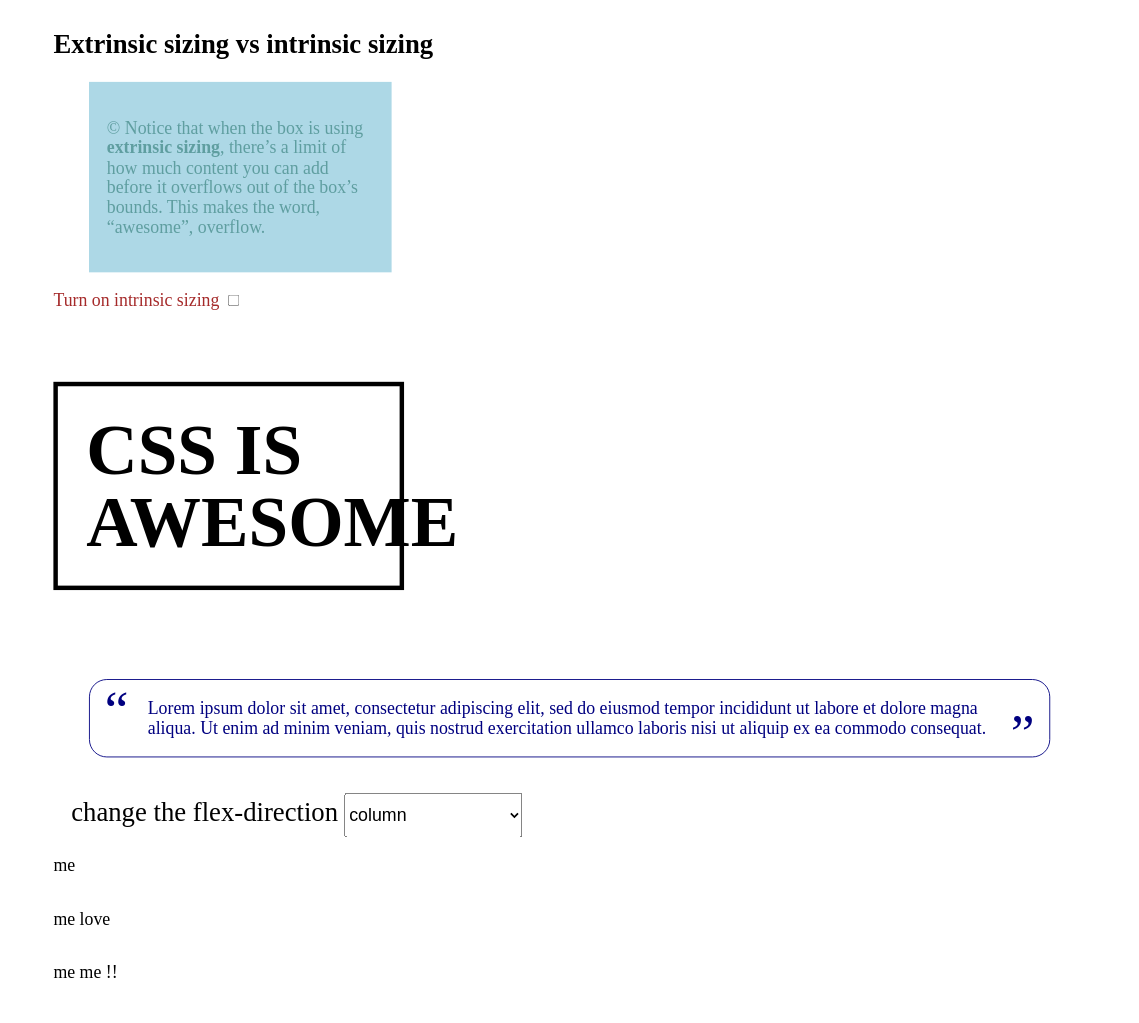
Repository: sristigupta04/basic-js-project
Page: box model/box.html
The author's editor kept a copy of each file at every save. The page is drawn from the files as they stood at one save, then again after the next save.
The browser window is 1280 px wide. The pictures show the whole page, at 89% of full size.

Above is the page before, as saved 2025-11-03 01:27:36.

### box model/box.html
<!DOCTYPE html>
<html lang="en">
<head>
    <meta charset="UTF-8">
    <meta name="viewport" content="width=device-width, initial-scale=1.0">
    <title>Document</title>
    <link rel="stylesheet" href="box.css"/>
</head>
<body>

  <div class="wrapper">
    <article class="flow">
      <h1>Extrinsic sizing vs intrinsic sizing</h1>
      <figure class="callout">
        <p>
        &#169;  Notice that when the box is using <strong>extrinsic sizing</strong>, there’s
          a limit of how much content you can add before it overflows out of the box’s
          bounds. This makes the word, “awesome”, overflow.
        </p>
      </figure>
      <label class="toggle" for="intrinsic-switch">
        <span class="toggle__label">Turn on intrinsic sizing</span>
        <input type="checkbox" role="switch" class="toggle__element" id="intrinsic-switch" />
        <div class="toggle__decor" aria-hidden="true">
          <div class="toggle__thumb"></div>
        </div>
      </label>
      <p class="awesome" data-element="awesome">CSS is awesome</p>
    </article>
  </div>
  <article class="flow">
  <blockquote>Lorem ipsum dolor sit amet, consectetur adipiscing elit, sed do eiusmod tempor incididunt ut labore et dolore magna aliqua. Ut enim ad minim veniam, quis nostrud exercitation ullamco laboris nisi ut aliquip ex ea commodo consequat.</blockquote>
</article>

<!-- next div -->

<div class="switch">
    <label for="switcher" >change the flex-direction</label>
    <select id="switcher">
        <option  value="column">column</option>
     <option  value="column-reverse">column-reverse</option>
     <option  value="row">row</option>
      <option  value="row-reverse">row-reverse</option>
</select>

</div>
<div class="contain">
<div class="box">me</div>
<div class="box">me love</div>
<div class="box">me me !!</div>
</div>
  <script src="box.js"></script>

</body>
</html>

### box model/box.css
*{
    padding: 0;
}
.callout{
    background-color: lightblue;
    color:cadetblue;
    line-height:1.4rem;
    width:300px;
    padding: 20px;;
}

.toggle{
color:brown;
}
.toggle_element{
width:10px;
height: 40px;
background-color: cadetblue;
}

.awesome{
    text-transform: uppercase;
  font-size: 5rem;
  font-weight: 700;
  line-height: 1;
  border: 5px solid;
  padding: 2rem;
  width: 320px;
}

awesome[data-sizing="intrinsic"] {
  width: min-content;
}

/*


Presentational styles
*/
.awesome {
  --flow-space: 2rem;
}

blockquote, blockquote::before, blockquote::after {
  color: navy;
  & {
    border: 1px solid navy;
  }
}

/* presentational styles */

blockquote {
  border-radius: 1em;
  padding:  1em 3.25em;
  position: relative;
}

blockquote::before {
  content: open-quote;
  inset-block-start: 0;
   inset-inline-start: 0;
}

blockquote::after {
  content: close-quote;
  inset-block-end: 0;
  inset-inline-end: 0;
}

blockquote::before,
blockquote::after {
  display: block;
  inline-size: 1em;
  block-size: 1em;
  font-size: 3em;
  border-radius: 100%;
  text-align: center;
  position: absolute;
}

body {
  display: grid;
  margin-inline: 3em;
  place-content: safe center;
  font-size: 1.25em;
}
.switch{
    padding: 20px;;
    font-size: 30px;;
    font-weight: 300;

}
#switcher{
    height: 50px;;
    width: 200px;;
    justify-content: center;
     font-size: 20px;;
}

.contain{
    width:100%;
}
.box{
height: 60px;;
    width: 300px;;
}

### box model/box.js
const awesome = document.querySelector('[data-element="awesome"]');
const intrinsicSwitch = document.querySelector("#intrinsic-switch");


intrinsicSwitch.addEventListener("change", ()  =>{
    awesome.setAttribute("data-sizing",intrinsicSwitch.checked ? "intrinsic" : "extrinsic" );
});

After the next save:
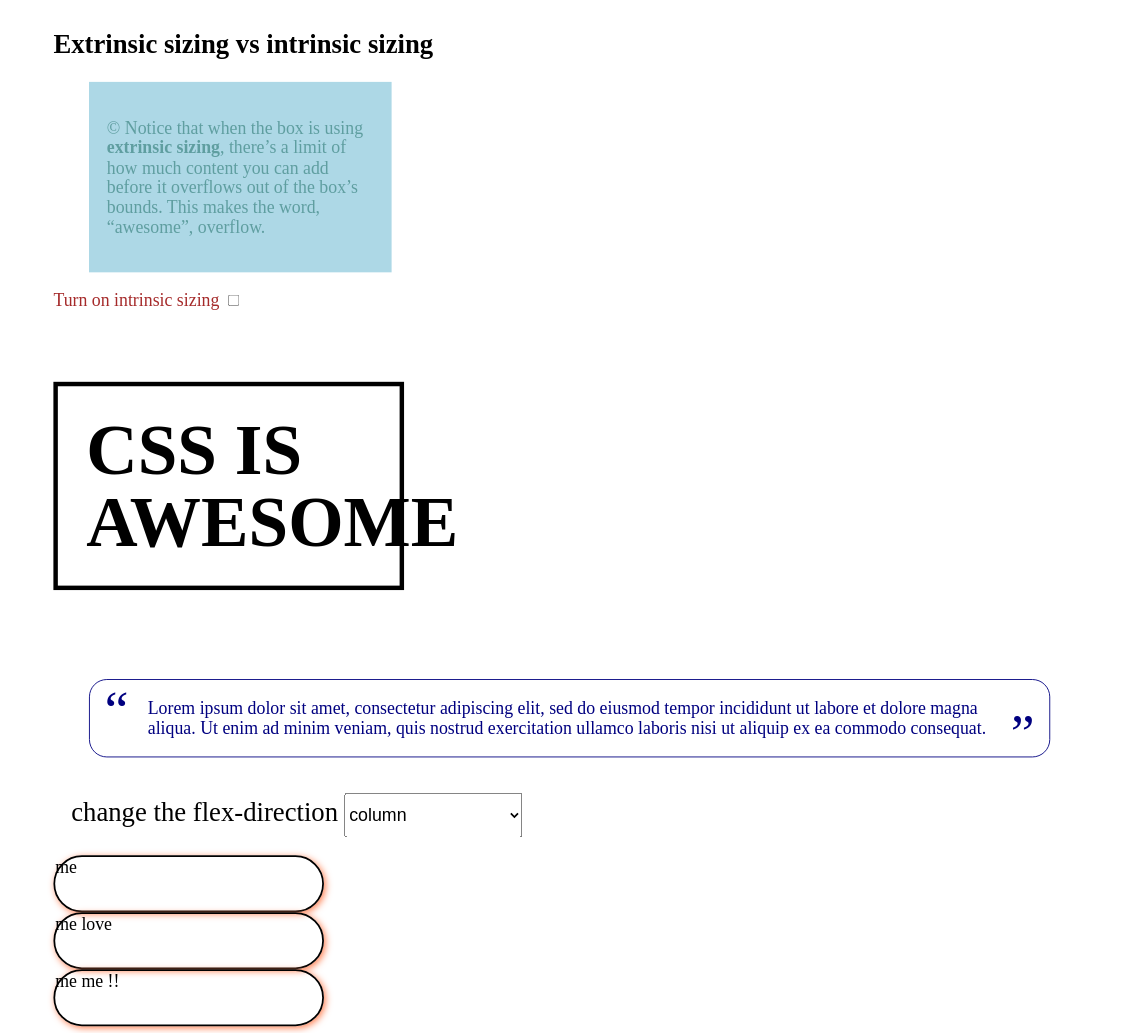
Saved 41 s later.
--- a/box model/box.css
+++ b/box model/box.css
@@ -104,4 +104,7 @@ body {
 .box{
 height: 60px;;
     width: 300px;;
+    border: 2px solid black;
+    box-shadow: 2px 2px 8px coral;
+    border-radius: 3rem;;
 }
